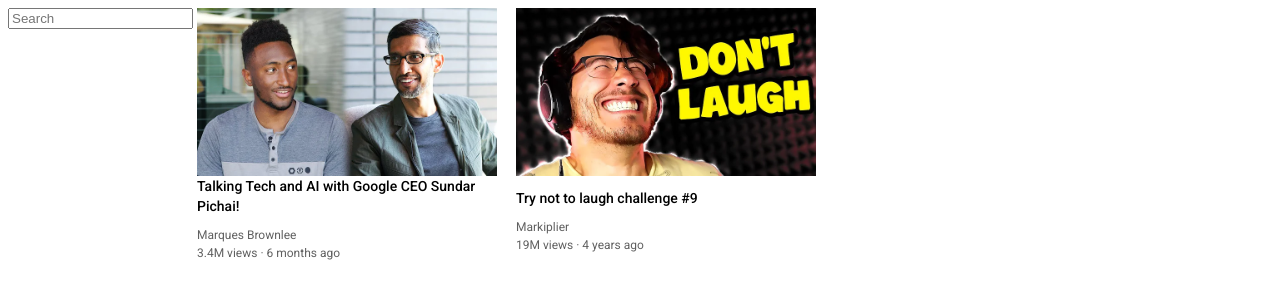
Repository: knowledgeAlan/html-css-eleven
Page: youtube.html
The author's editor kept a copy of each file at every save. The page is drawn from the files as they stood at one save, then again after the next save.
The browser window is 1280 px wide. The pictures show the whole page.

Above is the page before, as saved 2024-03-08 18:47:07.

### youtube.html
<!DOCTYPE html>
<html>

<head>
    <title>Youtube.com Clone</title>

    <link rel="preconnect" href="https://fonts.googleapis.com">
    <link rel="preconnect" href="https://fonts.gstatic.com" crossorigin>
    <link href="https://fonts.googleapis.com/css2?family=Roboto:wght@400;500;700&display=swap" rel="stylesheet">
    <style >

        p {
            font-family: Roboto,Arial;
            margin-top: 0;
            margin-bottom: 0;
        }
        .thumbnail {
            width: 300px;
            display: block;
        }

        .search-bar{

            display: block;
        }

        .video-title {
            margin-top: 0;
            font-size: 14px;
            font-weight: 500;
            line-height: 20px;
            margin-bottom: 12px;
        }

        .video-preview {

            width: 300px;
            display: inline-block;
            vertical-align: top;
            margin-right: 15px;
        }

        .channel-picture {
            display:  inline-block;
            width: 50px;
            vertical-align: top;

        }

        .thumbnail-row{
            margin-bottom: 12px;
        }

        .video-author,.video-stats {
            font-size: 12px;
            color: rgb(96, 96, 96);
        }


        .video-author{
            margin-bottom: 4px;
        }

    </style>

    <body>



        <input class="searh-bar" type="text" placeholder="Search">


        <div class="video-preview">

            <img class="thumbnail" src="thumbnails/thumbnail.png" alt="Dinosaur"/>

            <p class="video-title">
                Talking Tech and AI with Google CEO Sundar Pichai!
            </p>

            <p class="video-author">
                Marques Brownlee
            </p>

            <p class="video-stats">
                3.4M views &#183; 6 months ago
            </p>
        </div>


        <div class="video-preview">

            <div class="thumbnail-row">
                <img class="thumbnail" src="thumbnails/thumbnail-2.webp" alt="zdd">
            </div>

            <div class="video-info">
                <p class="video-title">
                    Try not to laugh challenge #9
                </p>

                <p class="video-author">
                       Markiplier
                </p>

                <p class="video-stats">
                    19M views &#183; 4 years ago
                </p>

            </div>
        </div>
    </body>
</head>
</html>

After the next save:
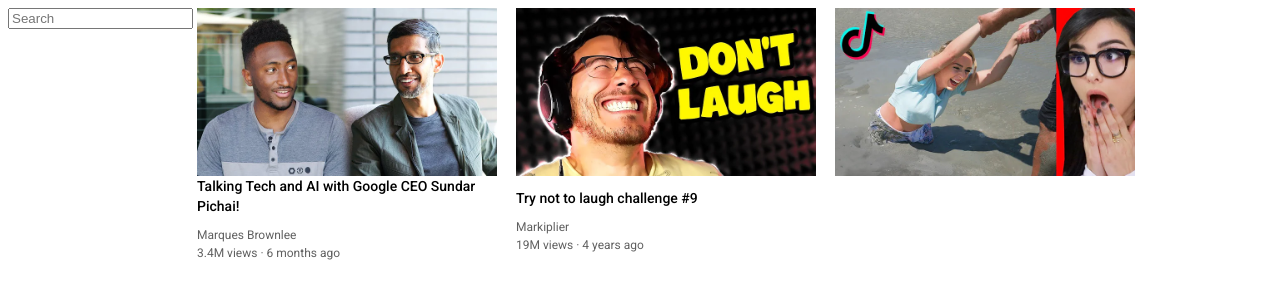
Saved 14 min 3 s later.
--- a/youtube.html
+++ b/youtube.html
@@ -109,6 +109,12 @@
 
             </div>
         </div>
+
+        <div class="video-preview">
+            <div class="thumbnail-row">
+                    <img class="thumbnail" src="thumbnails/thumbnail-3.webp">
+            </div>
+        </div>
     </body>
 </head>
 </html>
